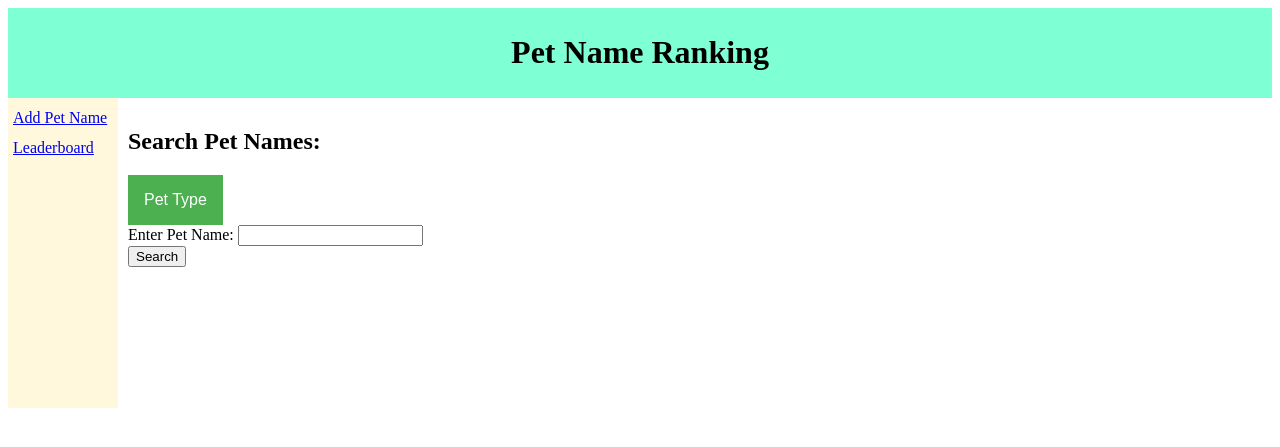
Repository: mutterbucket/TriplettTermProject4830
Page: workspaceCSCI4830-tech-excercise-Triplett/techExcerciseTriplett/WebContent/home_search.html
An editor plug-in stored every save of this project. The page is shown before and after the next save, followed by the edit.
The browser window is 1280 px wide. The pictures show the whole page.

Above is the page before, as saved 2020-02-21 22:36:49.

### workspaceCSCI4830-tech-excercise-Triplett/techExcerciseTriplett/WebContent/home_search.html
<!DOCTYPE html>
<html>
<head>
<meta charset="ISO-8859-1">
<style type="text/css">
header {
    background-color:aquamarine;
    color: black;
    text-align: center;
    padding: 5px;
}
nav {
    line-height:30px;
    background-color:cornsilk;
    height:300px;
    width:100px;
    float:left;
    padding:5px;
}
section {
    width:350px;
    float:left;
    padding:10px;
}
.dropbtn {
  background-color:#4CAF50;
  color: white;
  padding: 16px;
  font-size: 16px;
  border: none;
}
.dropdown {
  position: relative;
  display: inline-block;
}
.dropdown-content {
  display: none;
  position: absolute;
  background-color:#f1f1f1;
  min-width: 160px;
  box-shadow: 0px 8px 16px 0px rgba(0,0,0,0.2);
  z-index: 1;
}
.dropdown-content a {
  color: black;
  padding: 12px 16px;
  text-decoration: none;
  display: block;
}
.dropdown:hover .dropdown-content {
  display: block;
}
.dropdown-content a:hover {
  background-color: #ddd;
}
footer {
    background-color:19FFBD;
    color:black;
    clear:both;
    text-align:center;
    padding:5px;
}
</style>
</head>
<body>
<header>
<h1>Pet Name Ranking</h1>
</header>

<nav>
<a href="/techExcerciseTriplett/add_name.html">Add Pet Name</a> <br>
<a href="/techExcerciseTriplett/leaderboard.html">Leaderboard</a> <br>
</nav>

<section>
	<h1>Search Pet Names:</h1>

	<form action="SearchNames" method="POST">
		<div class="dropdown">
        	<button class="dropbtn">Pet Type</button>
       		<div class="dropdown-content">
        	 	<a href="#">Cat</a>
         		<a href="#">Dog</a>
         		<a href="#">Bird</a>
       		</div>
    	</div>
    	<br>
		Enter Pet Name: <input type="text" name="keyword"> <br />

		<input type="submit" value="Search" />
	</form>

</section>
</body>
</html>

After the next save:
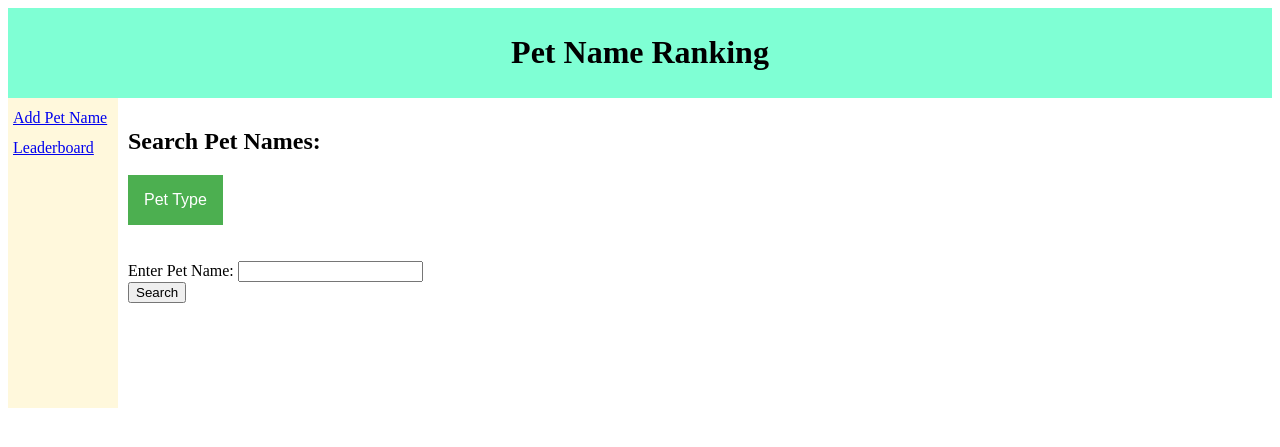
Saved 51 s later.
--- a/workspaceCSCI4830-tech-excercise-Triplett/techExcerciseTriplett/WebContent/home_search.html
+++ b/workspaceCSCI4830-tech-excercise-Triplett/techExcerciseTriplett/WebContent/home_search.html
@@ -84,7 +84,7 @@ footer {
          		<a href="#">Bird</a>
        		</div>
     	</div>
-    	<br>
+    	<br><br><br>
 		Enter Pet Name: <input type="text" name="keyword"> <br />
 
 		<input type="submit" value="Search" />
